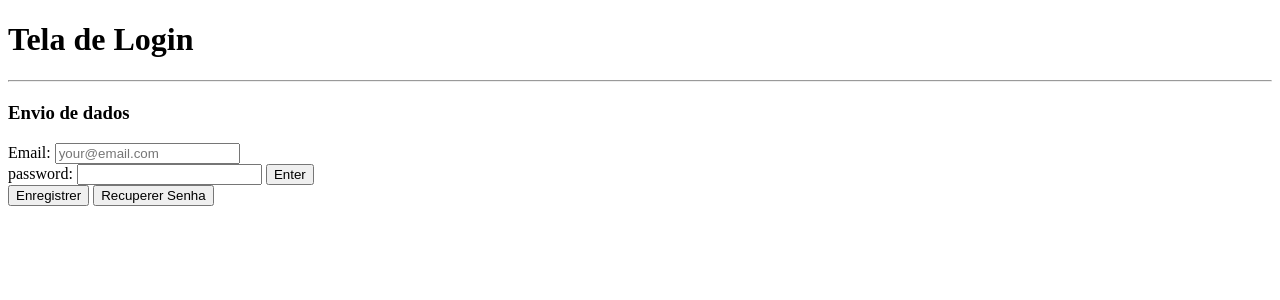
Repository: MarcioFreitasUFSC21/FrontEnd-part-1
Page: index.html
An editor plug-in stored every save of this project. The page is shown before and after a run of saves, followed by the edit.
The browser window is 1280 px wide. The pictures show the whole page.

Above is the page before, as saved 2023-04-22 19:46:43.

After the next 7 saves:
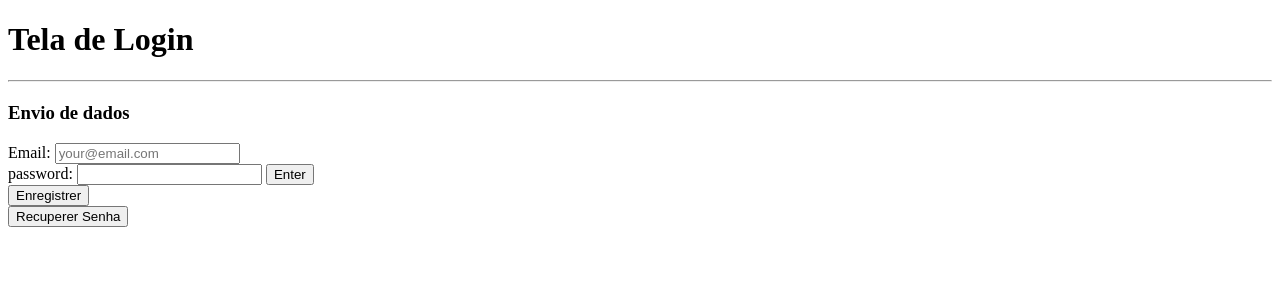
The 7 saves are shown as one change because they came seconds apart.
The last was saved 20 s later.
--- a/index.html
+++ b/index.html
@@ -23,6 +23,8 @@
 
                 <div>
                     <button type = "button">Enregistrer</button>
+                </div>
+                <div></div>
                     <button type = "button">Recuperer Senha</button>
                 </div>
 
